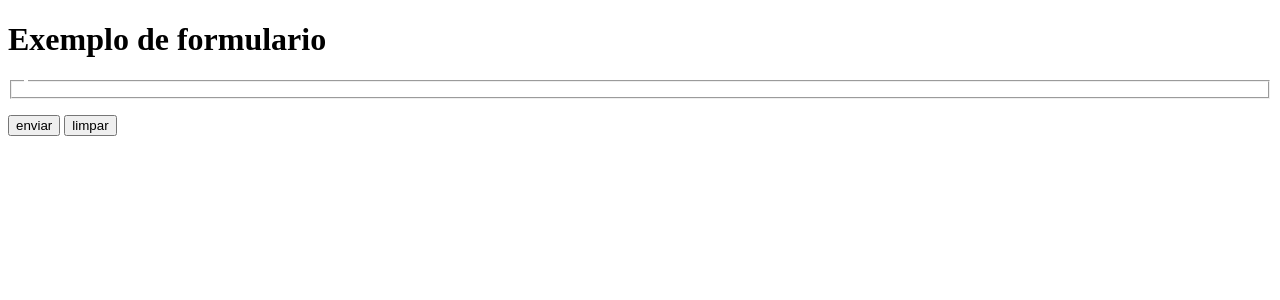
Repository: Lucianorodriguesdev/cursoHTML-CSS
Page: ex025/form005.html
The author's editor kept a copy of each file at every save. The page is drawn from the files as they stood at one save, then again after the next save.
The browser window is 1280 px wide. The pictures show the whole page.

Above is the page before, as saved 2026-07-10 11:49:24.

After the next save:
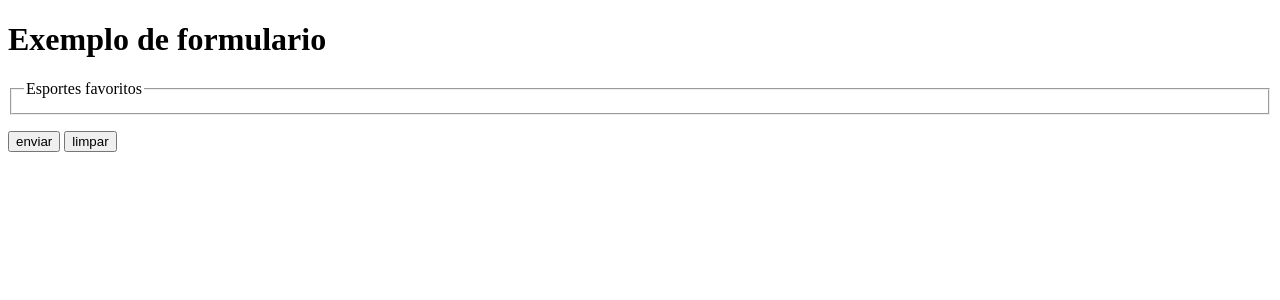
Saved 11 s later.
--- a/ex025/form005.html
+++ b/ex025/form005.html
@@ -9,7 +9,7 @@
     <h1>Exemplo de formulario</h1>
     <form action="formulario.php" method="get" autocomplete="on">
         <fieldset>
-            <legend></legend>
+            <legend>Esportes favoritos</legend>
         </fieldset>
 
         <p>
